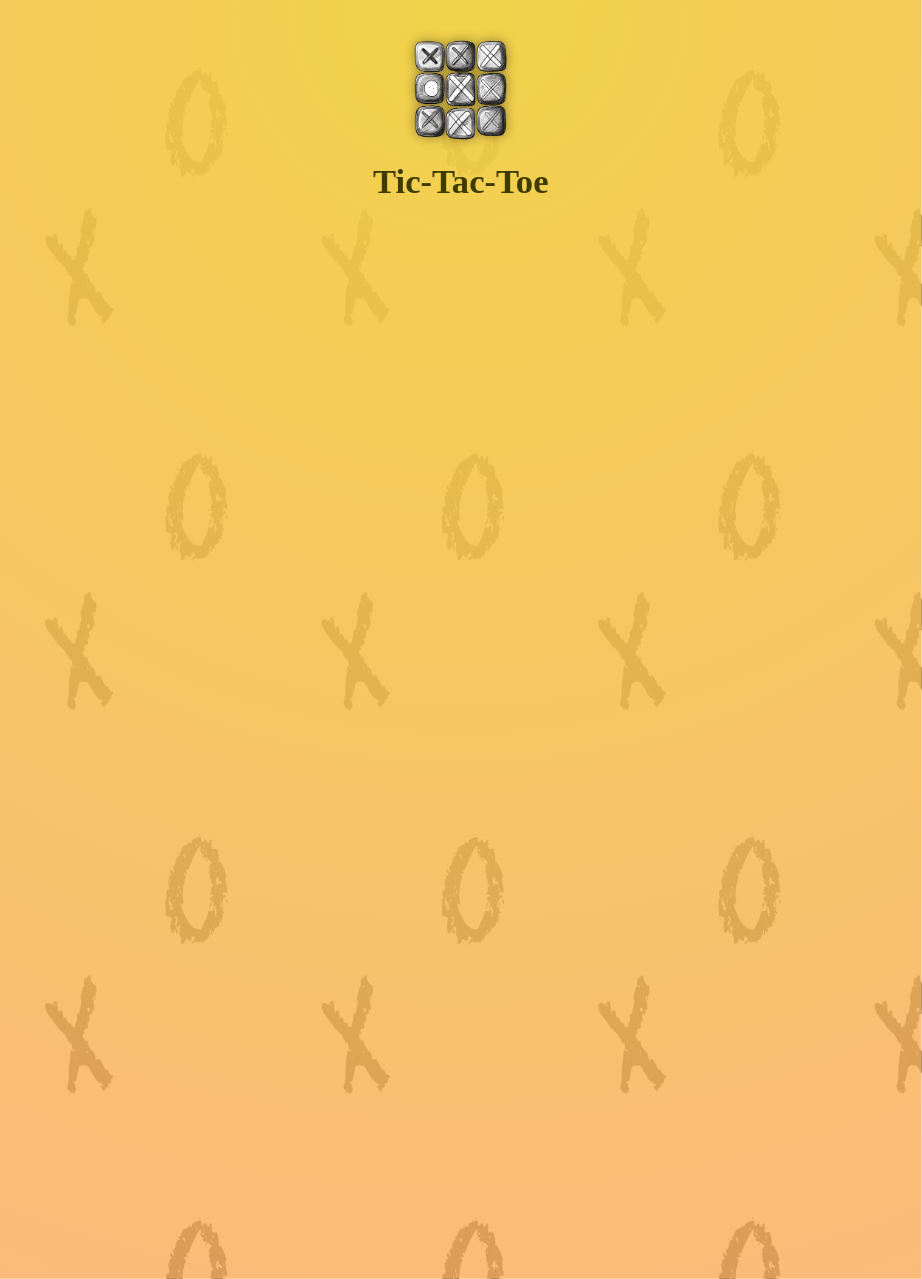
Repository: PrateekSahu9808/Tic_tac__toe_game
Page: /
An editor plug-in stored every save of this project. The page is shown before and after a run of saves, followed by the edit.
The browser window is 1280 px wide. The pictures show the whole page, at 72% of full size.
Some web fonts or font styles are not loaded; a fallback is used. The project was rebuilt for these pictures with package versions that can differ from the ones it lists, and the page was loaded fresh each time. Also part of the build but not shown: vite.config.js.

Above is the page before, as saved 2024-04-17 23:42:02.
Console error: ReferenceError: handle is not defined

### index.html
<!DOCTYPE html>
<html lang="en">
  <head>
    <meta charset="UTF-8" />
    <link rel="icon" type="image/svg+xml" href="/vite.svg" />
    <meta name="viewport" content="width=device-width, initial-scale=1.0" />
    <title>Vite + React</title>
  </head>
  <body>
    <header>
      <img src="game-logo.png" alt="tick" />
      <h1>Tic-Tac-Toe</h1>
    </header>
    <div id="root"></div>
    <script type="module" src="/src/main.jsx"></script>
  </body>
</html>

### src/App.jsx
import Player from "./Components/Player";

function App() {
  return (
    <main>
      <div id="game-container">
        <ol id="players">
          <Player initialName="Player 1" symbol="x" />
          <Player initialName="Player 2" symbol="o" />
        </ol>
        Game Board!!
      </div>
    </main>
  );
}

export default App;

### src/Components/Player.jsx
import { useState } from "react";


const Player = ({initialName,symbol}) => {
 const [playerName, setPlayerName] = useState(initialName);
 const[isEditing,setIsEditing]=useState(false);

 const handleEditClick=()=>{
  // setIsEditing(isEditing? false:true)
  // setIsEditing(!isEditing );
  setIsEditing((editing)=>!editing)
 }


  return (
    <li>
      <span className="player">
        {isEditing ? (
          <span className="player-name">{playerName}</span>
        ) : (
          <input type="text" required value={playerName} onChange={handle}/>
        )}
        <span className="player-symbol">{symbol}</span>
      </span>
      <button onClick={handleEditClick}>{isEditing ? "save" : "edit"}</button>
    </li>
  );
};

export default Player;

Loaded but not shown: src/main.jsx (common file); src/index.css (common file)

After the next 7 saves:
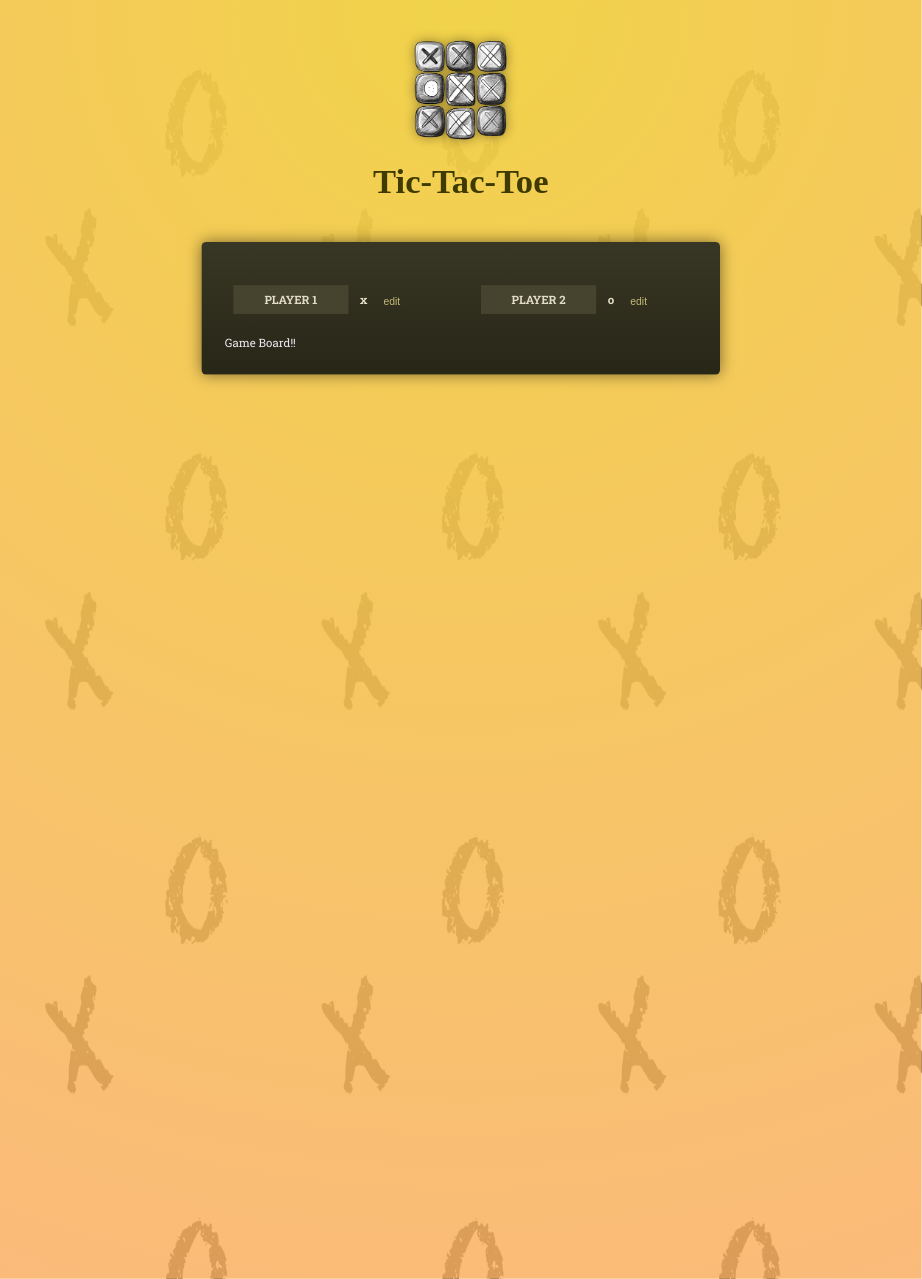
The error is gone.
The 7 saves are shown as one change because 2 did not build or start and some came seconds apart.
The last was saved 24 s later.
--- a/src/Components/Player.jsx
+++ b/src/Components/Player.jsx
@@ -10,7 +10,9 @@
   // setIsEditing(!isEditing );
   setIsEditing((editing)=>!editing)
  }
+ const handleChange=()=>{
 
+ }
 
   return (
     <li>
@@ -18,7 +20,7 @@
         {isEditing ? (
           <span className="player-name">{playerName}</span>
         ) : (
-          <input type="text" required value={playerName} onChange={handle}/>
+          <input type="text" required value={playerName} onChange={handleChange}/>
         )}
         <span className="player-symbol">{symbol}</span>
       </span>
